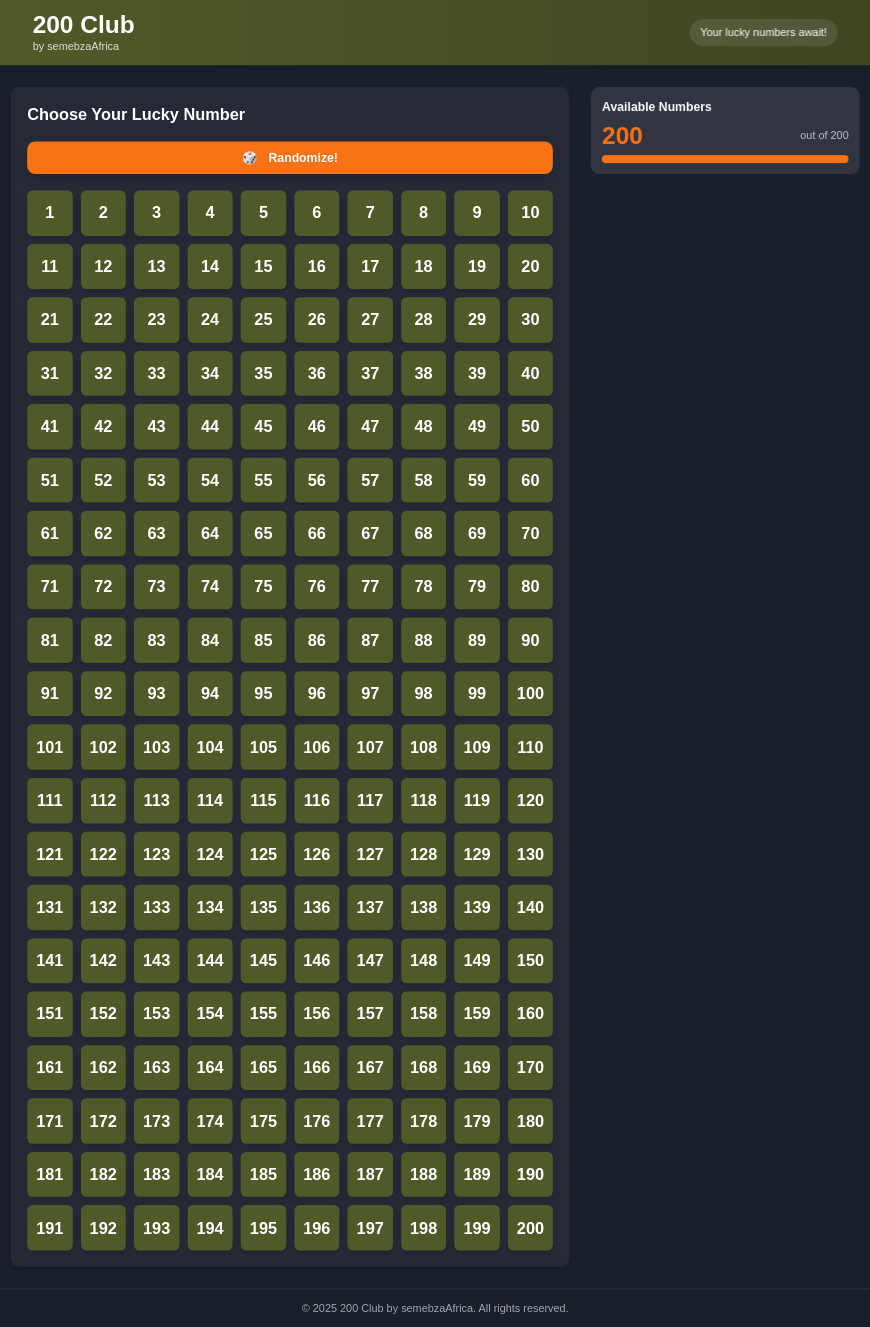
Repository: kaizoku010/200club
Page: /
The author's editor kept a copy of each file at every save. The page is drawn from the files as they stood at one save, then again after the next save.
The browser window is 1280 px wide. The pictures show the whole page, at 68% of full size.
The project was rebuilt for these pictures with package versions that can differ from the ones it lists, and the page was loaded fresh each time. Also part of the build but not shown: vite.config.ts, src/components/ui/tooltip.tsx, src/components/SelectedNumber.tsx, src/components/Cart.tsx, src/components/ui/input.tsx, src/components/ui/radio-group.tsx, src/components/ui/label.tsx, src/pages/NotFound.tsx.

Above is the page before, as saved 2025-05-07 01:33:14.

After the next save:
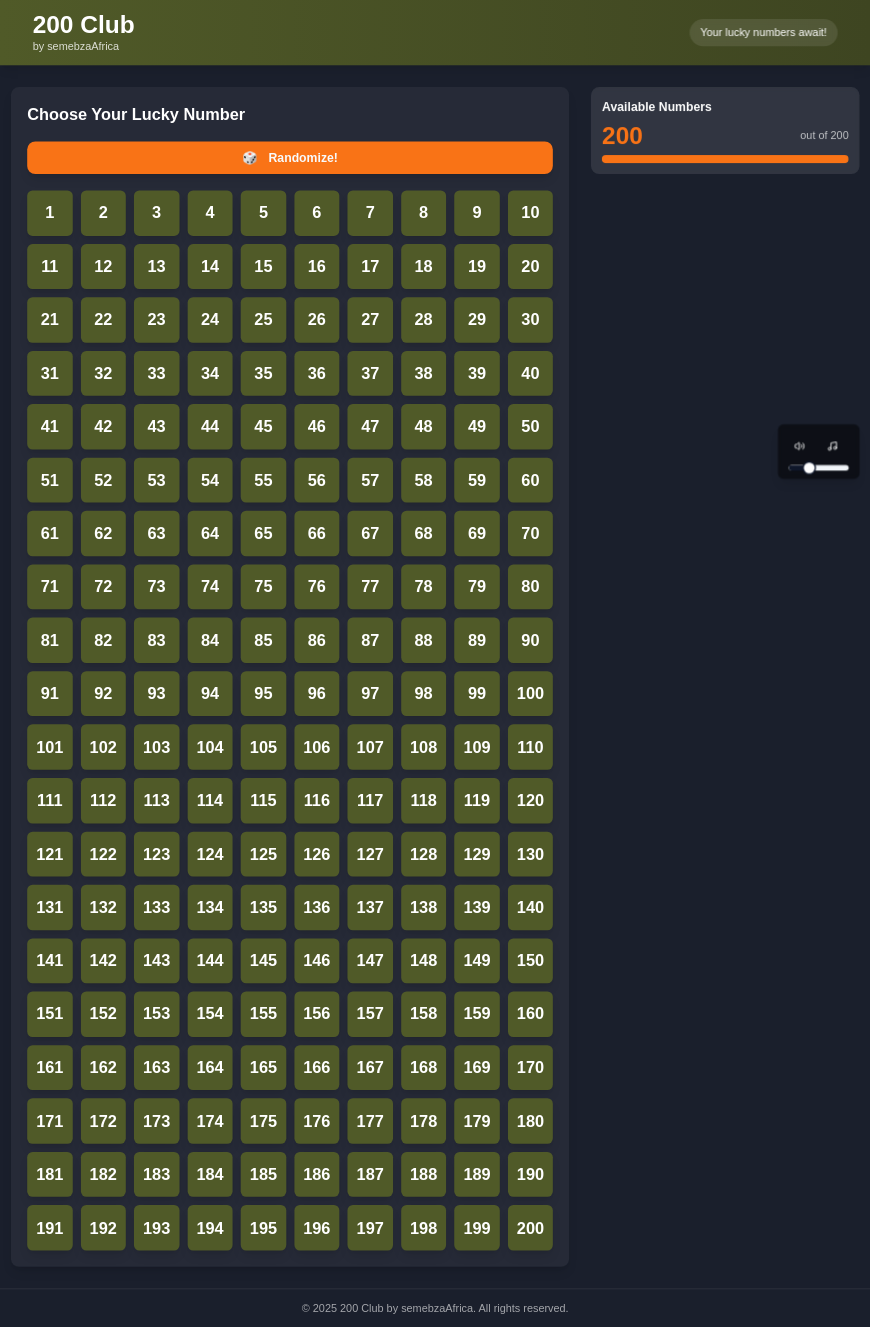
Saved 11 s later.
--- a/src/pages/Index.tsx
+++ b/src/pages/Index.tsx
@@ -161,6 +161,9 @@ const Index: React.FC = () => {
           cartRef={cartRef}
         />
       </AnimatePresence>
+
+      {/* Sound Controls */}
+      <SoundControls />
     </div>
   );
 };
